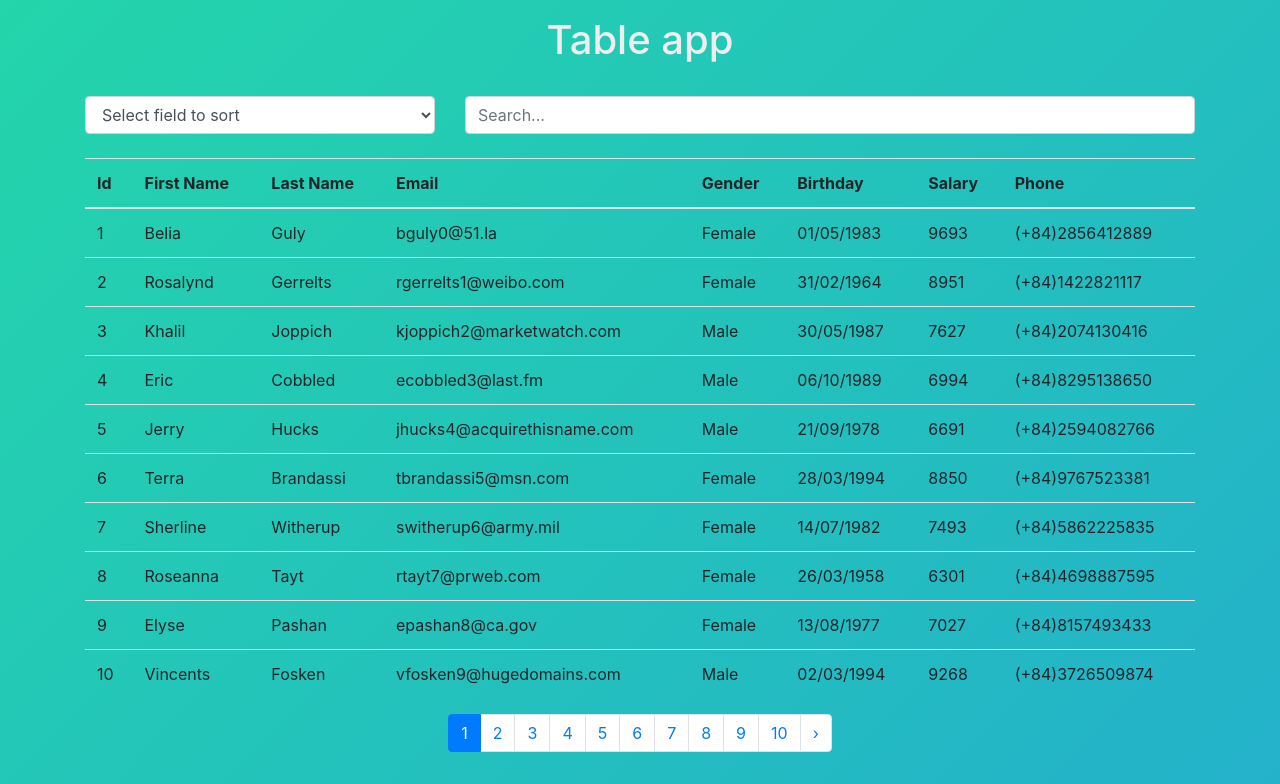
Repository: nguy3nds/table-app
Page: /
The author's editor kept a copy of each file at every save. The page is drawn from the files as they stood at one save, then again after the next save.
The browser window is 1280 px wide. The pictures show the whole page.
The project was rebuilt for these pictures with package versions that can differ from the ones it lists, and the page was loaded fresh each time. Also part of the build but not shown: src/components/table.module.css.

Above is the page before, as saved 2021-09-21 15:38:11.

After the next save:
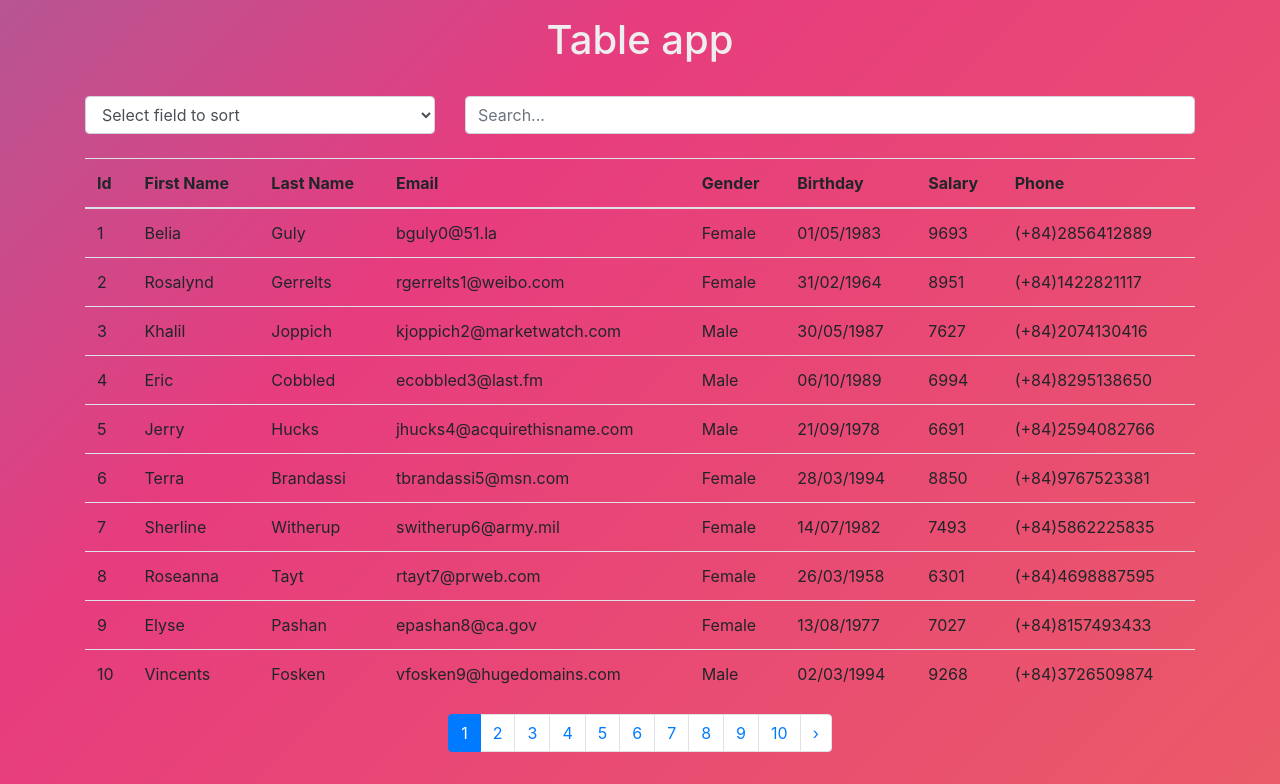
Saved 4 s later.
--- a/src/index.css
+++ b/src/index.css
@@ -12,6 +12,18 @@
   color: #eee !important;
 }
 
+@keyframes gradient {
+  0% {
+    background-position: 0% 50%;
+  }
+  50% {
+    background-position: 100% 50%;
+  }
+  100% {
+    background-position: 0% 50%;
+  }
+}
+
 code {
   font-family: source-code-pro, Menlo, Monaco, Consolas, "Courier New",
     monospace;

After the save that followed:
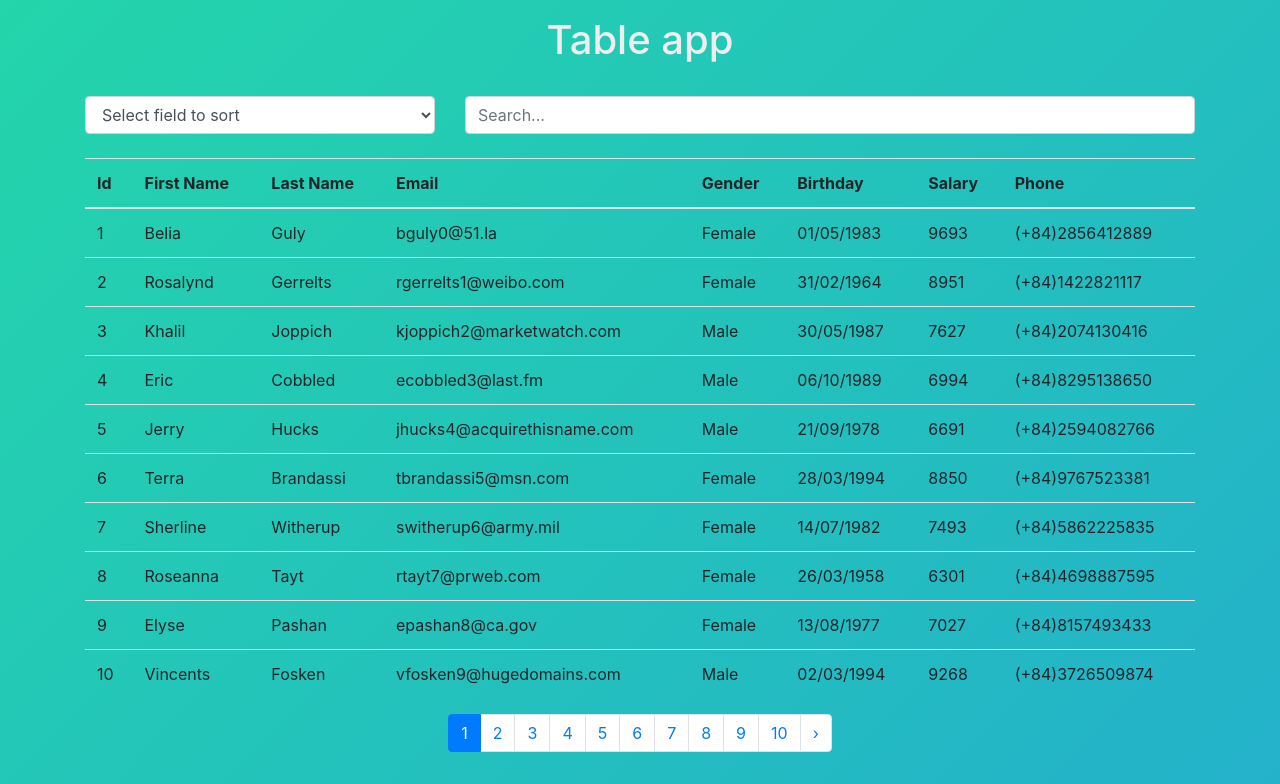
Saved 10 s later.
--- a/src/index.css
+++ b/src/index.css
@@ -12,18 +12,6 @@
   color: #eee !important;
 }
 
-@keyframes gradient {
-  0% {
-    background-position: 0% 50%;
-  }
-  50% {
-    background-position: 100% 50%;
-  }
-  100% {
-    background-position: 0% 50%;
-  }
-}
-
 code {
   font-family: source-code-pro, Menlo, Monaco, Consolas, "Courier New",
     monospace;
